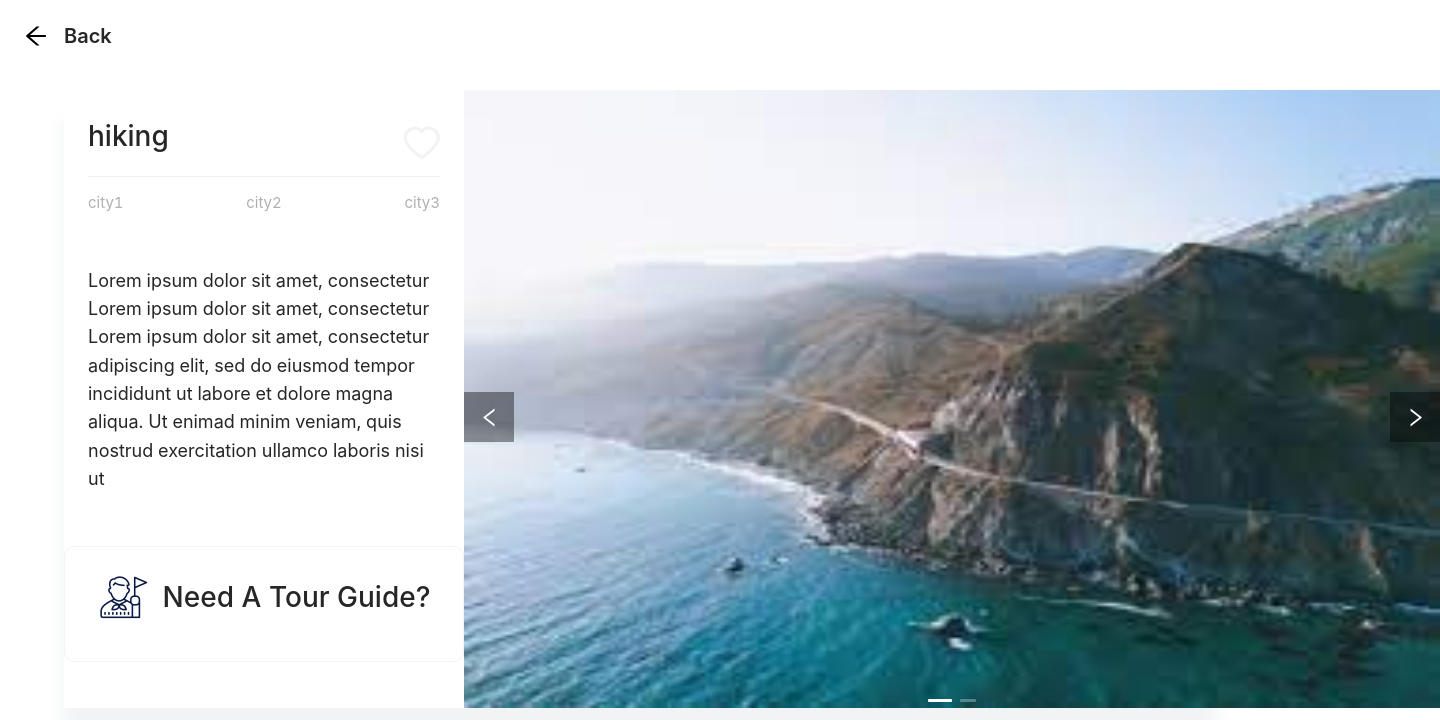
Repository: harkibit/discover-north-lebanon
Page: /
An editor plug-in stored every save of this project. The page is shown before and after the next save, followed by the edit.
The browser window is 1280 px wide. The page is 1440 px wide, so the pictures cover 1440 px, including what lies to the right of the window. The pictures show the whole page.
The project was rebuilt for these pictures with package versions that can differ from the ones it lists, and the page was loaded fresh each time. Also part of the build but not shown: src/App.css.

Above is the page before, as saved 2021-02-26 03:40:12.

### src/Pages/SingleActivityPage/SingleActivityPage.js
import React, { useState } from 'react';
import './SingleActivityPage.css';
import { Divider, Tooltip, PageHeader } from 'antd';
import { HeartOutlined, HeartFilled } from '@ant-design/icons';
import ActivitiesCarousel from '../../Components/ActivitiesCarousel/ActivitiesCarousel';
import Button from '../../Components/Button/Button';
import tourguideimg from '../../Components/WhatWeDo/icons/tourGuide.png';

export default function SingleActivityPage(props) {
  const { activityName, tags, actPicArray, description } = props;

  const [like, setLike] = useState(true);
  const toggleLike = () => {
    setLike(!like);
  };
  return (
    <div className="single-act-container">
      <PageHeader
        ghost={false}
        onBack={() => window.history.back()}
        title="Back"
        className="back-btn"
      />
      <div className="grid-view">
        <div className="left-side-grid">
          <div className="header">
            <div className="header-child-1">
              <h1>{activityName}</h1>
              <Tooltip
                placement="top"
                title={like ? 'add to favorite' : 'remove from favorite'}
              >
                {like ? (
                  <HeartOutlined
                    className="heartOutlined heartSize"
                    onClick={toggleLike}
                  />
                ) : (
                  <HeartFilled
                    className="heartFilled heartSize"
                    onClick={toggleLike}
                  />
                )}
              </Tooltip>
            </div>
            <Divider />
            <div className="header-child-2">
              {tags && tags.map((tag) => <span>{tag}</span>)}
            </div>
          </div>
          <div className="left-grid-description">{description}</div>

          <div className="left-grid-tour-guide">
            <div className="hire-box">
              <h1 className="icon-text">
                {' '}
                <img src={tourguideimg} className="iconStyle" alt="icon" />
                Need A Tour Guide?
              </h1>
              {/* <Button
                buttonWidth="10px"
                text="See Available tour guides"
                type="primary"
              /> */}
            </div>
          </div>
        </div>

        <div>
          <ActivitiesCarousel actPicArray={actPicArray} carWidth={'61rem'} />
        </div>
      </div>
    </div>
  );
}

### src/Pages/SingleActivityPage/SingleActivityPage.css
.single-act-container {
  display: flex;
  justify-content: center;
  align-items: center;
  flex-direction: column;
}
.back-btn {
  align-self: flex-start;
}
.grid-view {
  margin-top: 2ch;
  height: 70ch;
  width: 90%;
  display: grid;
  grid-template-columns: 1fr 2fr;
  -webkit-box-shadow: 0 30px 20px #f1f3f4;
  -moz-box-shadow: 0 30px 20px #f1f3f4;
  box-shadow: 0 30px 20px #f1f3f4;
}

.left-side-grid {
  display: flex;
  flex-direction: column;
  padding: 6%;
  justify-content: space-between;
}
.header {
  display: flex;
  flex-direction: column;
}
.header-child-1 {
  display: flex;
  justify-content: space-between;
  margin-bottom: -20px;
}
.header-child-2 {
  display: flex;
  justify-content: space-between;
  margin-top: -10px;
  color: rgb(177, 176, 176);
  font-size: 15px;
}
.heartSize {
  font-size: 25px;
}
.heartOutlined {
  color: #f1f3f4;
}
.heartFilled {
  color: rgb(248, 4, 4);
}
.left-grid-description {
  font-size: large;
}
.left-grid-tour-guide {
  display: flex;
  flex-direction: column;
  height: 25%;
  align-self: center;
}
.iconStyle {
  width: 50px;
}
.icon-text {
  display: flex;
  align-items: center;
  justify-content: space-around;
}
.hire-box {
  text-align: center;
  border: 1px solid #f1f3f4;
  padding: 25px;
  width: 400px;
  border-radius: 10px;
}
.hire-btn {
  height: 30px;
}

### src/Components/ActivitiesCarousel/ActivitiesCarousel.js
import React from 'react';
import { Carousel, Image } from 'antd';
import { LeftOutlined, RightOutlined } from '@ant-design/icons';
import './ActivitiesCarousel.css';

export default function ActivitiesCarousel({ actPicArray, carWidth }) {
  const bodyStyles = document.body.style;
  bodyStyles.setProperty('--width', carWidth);
  return (
    <div className="carousel-act">
      <Carousel
        arrows
        nextArrow={<RightOutlined />}
        prevArrow={<LeftOutlined />}
      >
        {actPicArray.map((pic, index) => (
          <div className="carousel-item" key={index}>
            <Image width={'100%'} height="70ch" src={pic.imgsrc} />
          </div>
        ))}
      </Carousel>
    </div>
  );
}

### src/Components/ActivitiesCarousel/ActivitiesCarousel.css
:root {
  --width: 400px;
}
.ant-carousel .slick-prev,
.ant-carousel .slick-next {
  color: unset;
  font-size: unset;
  background: rgb(0, 0, 0, 0.4);
  color: white;
  height: 20px;
  width: 50px;
}
.ant-carousel .slick-prev:hover,
.ant-carousel .slick-next:hover,
.ant-carousel .slick-prev:focus,
.ant-carousel .slick-next:focus {
  color: unset;
}
.slick-list,
.ant-carousel {
  width: var(--width);
}
.ant-carousel .slick-prev,
.ant-carousel .slick-next {
  width: 50px;
  height: 50px;
  padding-top: 15px;
  background: rgb(0, 0, 0, 0.4);
  z-index: 1;
  position: absolute;
}
.ant-carousel .slick-prev {
  left: 0px;
}
.ant-carousel .slick-next {
  right: 0px;
}
.anticon svg {
  width: 1.5em;
  height: 1.5em;
}
.slick-slider .slick-initialized {
  width: var(--width);
}

### src/Components/Button/Button.js
import React from 'react';
import { Button } from 'antd';
import './Button.css';

export default function ButtonComponont({ buttonWidth, text, type, onClick }) {
  const buttonStyle = document.body.style;
  buttonStyle.setProperty('--width', buttonWidth);
  return (
    <div>
      <Button className="button" type={type} onClick={onClick}>
        {text}
      </Button>
    </div>
  );
}

### src/Components/Button/Button.css
.button {
  height: auto;
}

Loaded but not shown: public/index.html (common file); src/index.js (common file); src/index.css (common file); src/App.js (library)

After the next save:
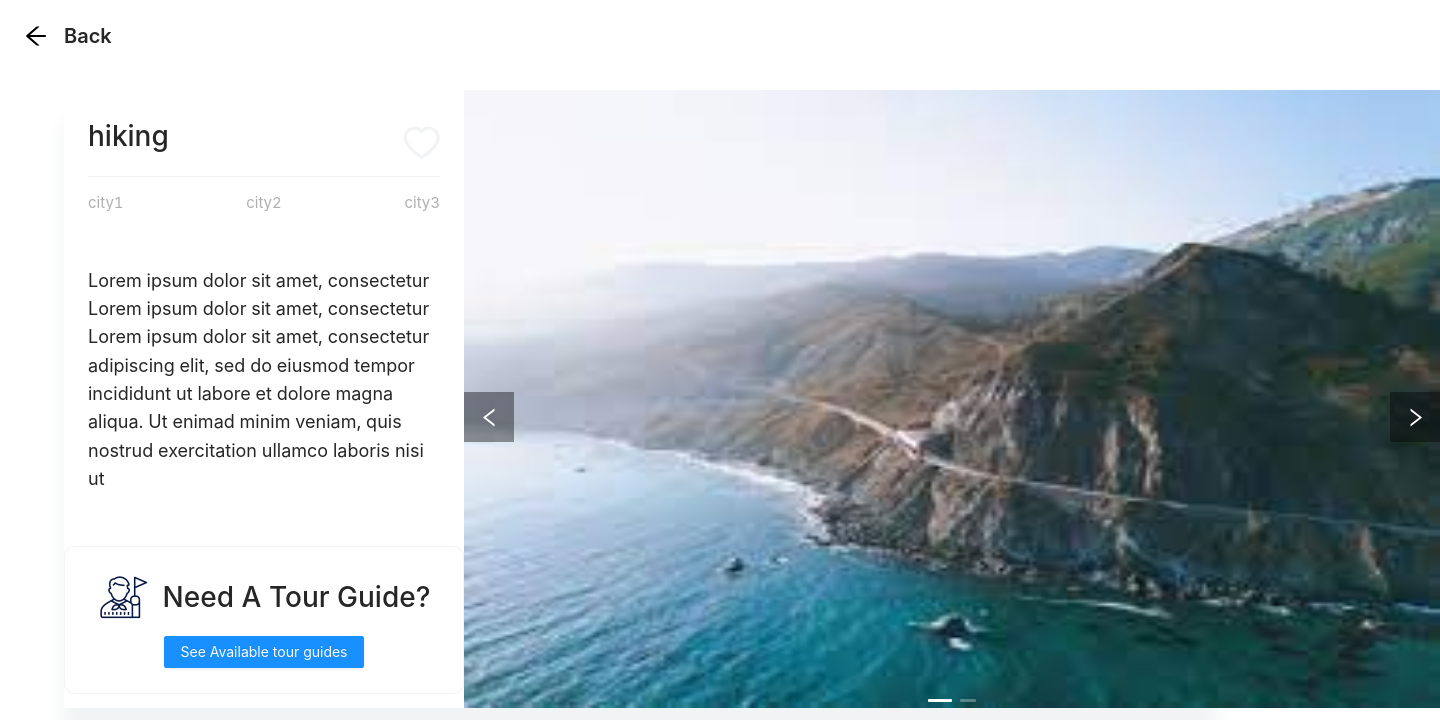
Saved 44 s later.
--- a/src/Pages/SingleActivityPage/SingleActivityPage.js
+++ b/src/Pages/SingleActivityPage/SingleActivityPage.js
@@ -57,11 +57,11 @@ export default function SingleActivityPage(props) {
                 <img src={tourguideimg} className="iconStyle" alt="icon" />
                 Need A Tour Guide?
               </h1>
-              {/* <Button
+              <Button
                 buttonWidth="10px"
                 text="See Available tour guides"
                 type="primary"
-              /> */}
+              />
             </div>
           </div>
         </div>
